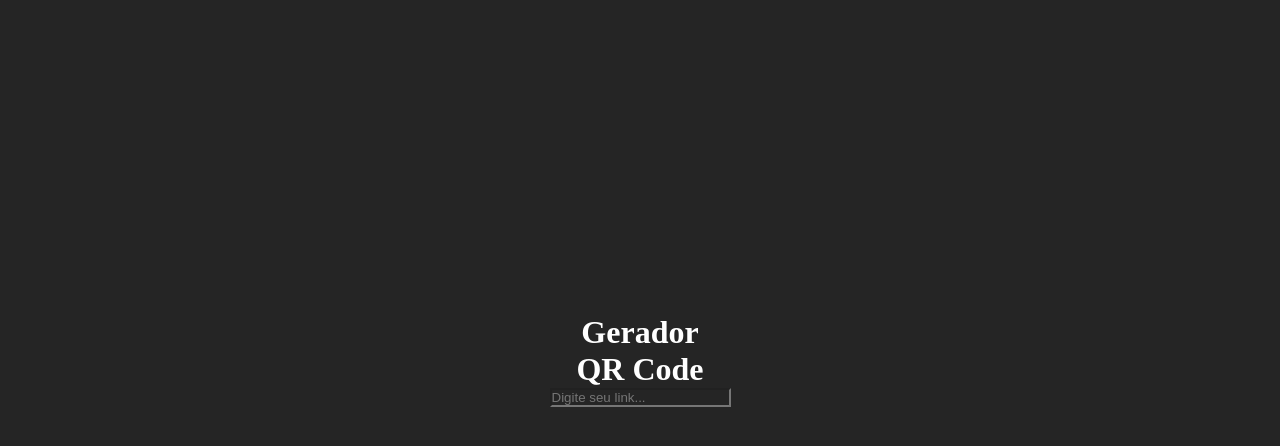
Repository: odiloalmeida/qrcode-generator
Page: /
An editor plug-in stored every save of this project. The page is shown before and after the next save, followed by the edit.
The browser window is 1280 px wide. The pictures show the whole page.
The project was rebuilt for these pictures with package versions that can differ from the ones it lists, and the page was loaded fresh each time. Also part of the build but not shown: vite.config.js.

Above is the page before, as saved 2022-11-22 18:43:35.

### index.html
<!DOCTYPE html>
<html lang="pt-BR">
  <head>
    <meta charset="UTF-8" />
    <link rel="icon" type="image/svg+xml" href="/vite.svg" />
    <meta name="viewport" content="width=device-width, initial-scale=1.0" />
    <title>QrCode Generator</title>
  </head>
  <body>
    <div id="root"></div>
    <script type="module" src="/src/main.jsx"></script>
  </body>
</html>

### src/App.jsx
import { useState } from 'react'
import './App.css'

function App() {
  const [count, setCount] = useState(0)

  return (
    <div className="App">
       <h1>Gerador</h1>
       <h1>QR Code</h1>
       <input
       className='input'
       placeholder='Digite seu link...'/>
    </div>
  )
}

export default App

### src/App.css
* {
  background-color: #252525;
  color: #fff;
  padding: 0;
  margin: 0;
  box-sizing: border-box;
}

.App{
  display: flex;
  justify-content: center;
  align-items: center;
  flex-direction: column;
  width: 100vw;
  height: 100vh;
}

.App span{
  color: blue;
  margin-left: -15px;
  margin-top: 15px;
}

Loaded but not shown: src/main.jsx (common file)

After the next save:
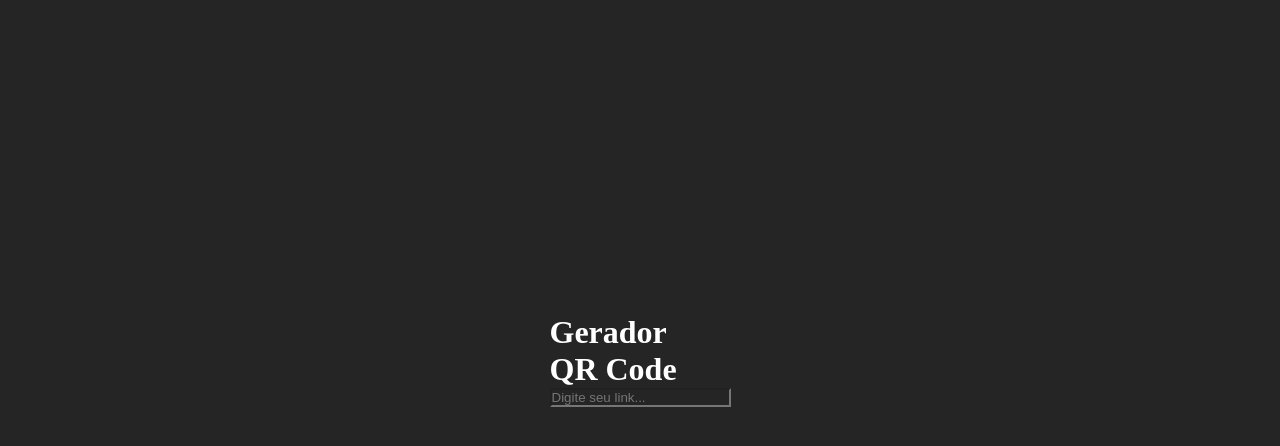
Saved 78 s later.
--- a/src/App.jsx
+++ b/src/App.jsx
@@ -6,11 +6,13 @@
 
   return (
     <div className="App">
-       <h1>Gerador</h1>
-       <h1>QR Code</h1>
-       <input
-       className='input'
-       placeholder='Digite seu link...'/>
+      <div className='container-wrap'>
+        <h1>Gerador</h1>
+        <h1>QR Code</h1>
+        <input
+        className='input'
+        placeholder='Digite seu link...'/>
+      </div>
     </div>
   )
 }
